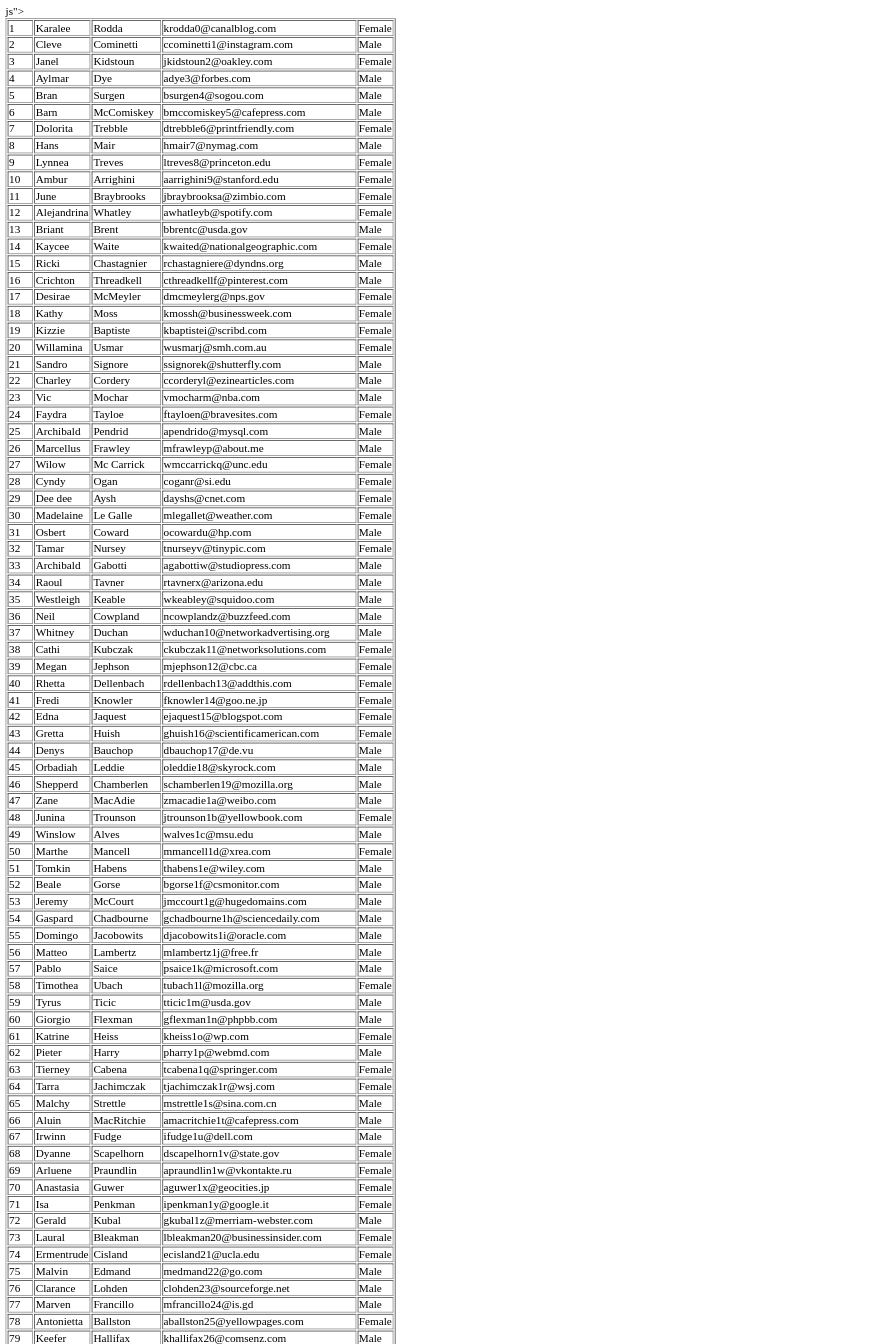
Repository: adminhelper/Ajax
Page: CrossDomain07/WebContent/_39_jquery_xml_file.html
These files come from the project's save history. The page is drawn as it stood at one moment and after the next save; the edit follows.
The browser window is 1280 px wide. The pictures show the part of the page from y = 0 to 1920 px (the page is 24038 px tall before and 24020 px after), at 70% of full size.
Some web libraries are served in a nearby version.

Above is the page before, as saved 2020-05-20 02:57:21.

After the next save:
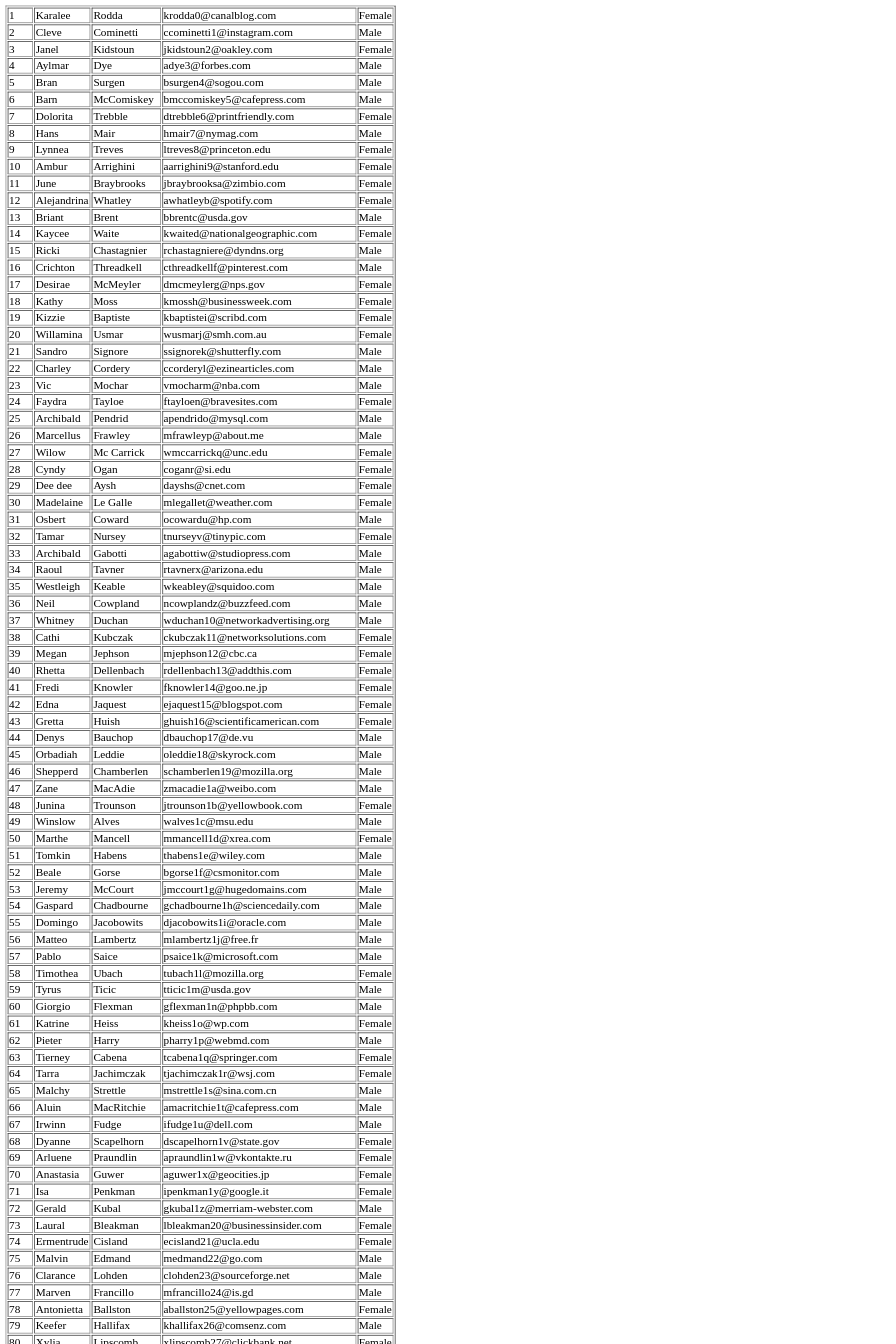
Saved 24 min 21 s later.
--- a/CrossDomain07/WebContent/_39_jquery_xml_file.html
+++ b/CrossDomain07/WebContent/_39_jquery_xml_file.html
@@ -3,7 +3,7 @@
 <head>
 <meta charset="UTF-8">
 <title> Ajax </title>
-<script src="http://code.jquery.com/jquery-3.1.0.js"></script>js"></script>
+<script src="http://code.jquery.com/jquery-3.1.0.js"></script>
 <script>
 $(function() {
 	$.ajax({
